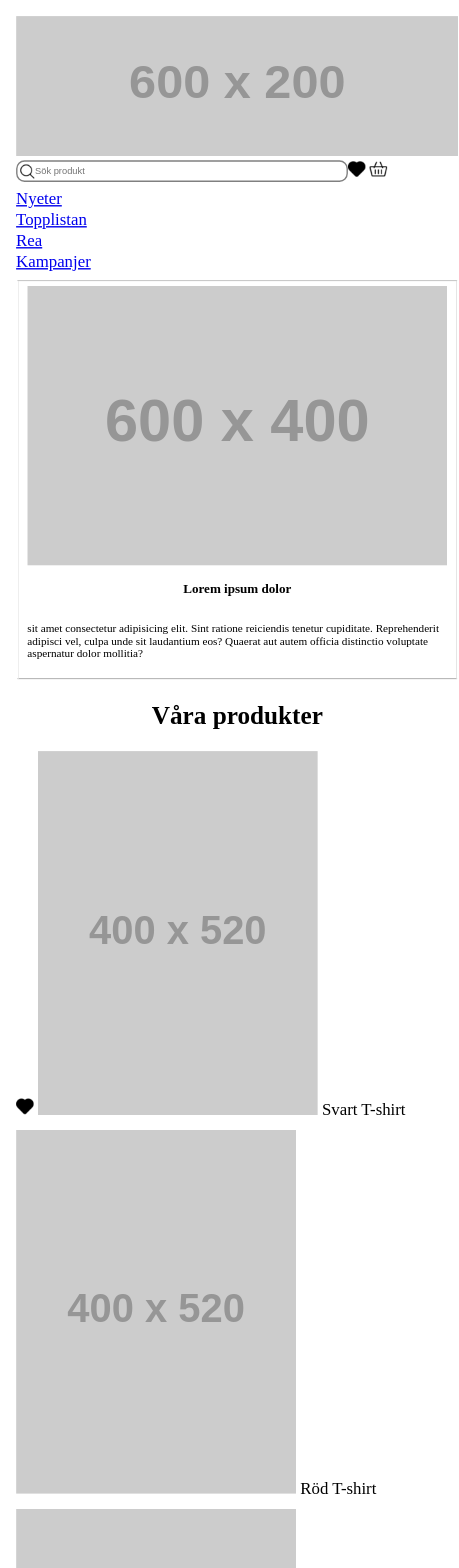
Repository: Kalle1995/project
Page: index.html
An editor plug-in stored every save of this project. The page is shown before and after the next save, followed by the edit.
The browser window is 600 px wide. The page is 655 px wide, so the pictures cover 655 px, including what lies to the right of the window. The pictures show the part of the page from y = 0 to 2240 px (the page is 5463 px tall before and 5493 px after), at 70% of full size.

Above is the page before, as saved 2024-10-05 20:43:13.

### index.html
<!DOCTYPE html>
<html lang="sv">

<head>
  <meta charset="UTF-8" />
  <meta name="viewport" content="width=device-width, initial-scale=1.0" />
  <title>Freaky Fashion</title>

  <link rel="stylesheet" href="main.css" />
</head>

<body>
  <header>
    <section>
      <div class="wholeHead">
        <img src="https://placehold.co/600x200 " width="600" height="200" alt="icon" class="icon" />

        <div class="searchAndIcons">
          <input type="search" placeholder="Sök produkt" class="search">
          <div class="headIcons">
            <a href="#"><img src="bilder/full heart.png" alt="favourite"></a>
            <a href="#"><img src="bilder/cart.png" alt="cart"></a>
          </div>
        </div>
      </div>
      <!--
        jag behöver fixa att man kan sriva och iconen förvinner
        -->

      <!--
        om, jag har div för input typ så den ta hela raden
            -->


      <div>
        <nav class="NavList">
          <ul>
            <li class="nav-list-item"><a href="#">Nyeter</a></li>
            <li class="nav-list-item hide-on-mobile"><a href="#">Kategoroer</a></li>
            <li class="nav-list-item"><a href="#">Topplistan</a></li>
            <li class="nav-list-item"><a href="#">Rea</a></li>
            <li class="nav-list-item"><a href="#">Kampanjer</a></li>
          </ul>
        </nav>
      </div>
      <!--
            <dl> och <dt> använda man i detta falet
                -->

    </section>

  </header>

  <main>
    <section class="mid">
      <article>
        <fieldset>
          <img src="https://placehold.co/600x400" alt="" class="loremPic">
          <p>
          <h1> Lorem ipsum dolor</h1>
          <br>sit amet consectetur adipisicing elit. Sint ratione reiciendis tenetur cupiditate. Reprehenderit adipisci
          vel, culpa unde sit laudantium eos? Quaerat aut autem officia distinctio voluptate aspernatur dolor mollitia?
          </p>
        </fieldset>
      </article>
    </section>
    <section class="products">
      <h1>Våra produkter</h1>
      <div class="container">
        <!-- grid container -->

        <div>
          <img src="bilder/full heart.png" alt="">
          <img src="https://placehold.co/400x520/png?text=Black+T-shirt" alt="Svart T-shirt" />
          Svart T-shirt
        </div>

        <div>
          <img src="https://placehold.co/400x520/png?text=Red+T-shirt" alt="" />
          Röd T-shirt
        </div>

        <div>
          <img src="https://placehold.co/400x520/png?text=Green+T-shirt" alt="" />
          Grön T-shirt
        </div>

        <div>
          <img src="https://placehold.co/400x520/png?text=Gul+T-shirt" alt="" />
          Gul T-shirt

        </div>

        <div>
          <img src="https://placehold.co/400x520/png?text=Red+T-shirt" alt="">
          Röd T-shirt
        </div>

        <div>
          <img src="https://placehold.co/400x520/png?text=Red+T-shirt" alt="">
          Röd T-shirt
        </div>

        <div>
          <img src="https://placehold.co/400x520/png?text=Red+T-shirt" alt="">
          Röd T-shirt
        </div>

        <div>
          <img src="https://placehold.co/400x520/png?text=Red+T-shirt" alt="">
          Röd T-shirt
        </div>

      </div>


    </section>

  </main>
  <br>

  <footer>
    <div class="Company">&copy; Freaky Fashion</div>
  </footer>
</body>

</html>

### main.css


body {
    padding: 15px;
    font-size: 2em;
    display: grid;

}


h1 {
    text-align: center;

}

.products > div {
    display: grid;
    gap: 15px;

}

ul {
    list-style-type: none;
    margin: 0;
    padding: 0;

  }
.search {
  border: 2px solid gray;
  border-radius: 12px;
  padding: 5px;
  display: inline;
  background-image: url(bilder/search.png);
  background-repeat: no-repeat;
  background-position: 4px;
  padding-left: 25px;

}

.NavList {
    display: block;
    padding-bottom: 10px;
    padding-top: 10px;

}
.container {
    position: relative;

}




 @media (max-width:640px){
    .mid {
        position: relative;
        display: block;
        font-size: medium;
    }


    .hide-on-mobile {
        display: none;
    }
    li {
        margin-bottom: 3px;
    }

   /* .icon {
        -ms-flex: 100%;
        felx: 100%;
        max-width: 100%;;
    }
        */

    .search{
        width: 75%;

    }
    .icon {
        width: 100%;
    }
    .searchAndIcons {
        display: flex;
    }
    .container {
        position: relative;
        left: auto;
        right: auto;
    }


}


@media (min-width: 640px) {
    .products > div {
        grid-template-columns: repeat(2, 1fr);
        .headicons {
            padding-left: 95%;
        }
    }

    .wholeHead {
        display: inline;
    }

    .mid {
        position: relative;
        display: block;
        font-size: large;
    }




}
    body {
        font-size: 1.5em;
            }


 @media (min-width: 1024px) {
        .products > div {
            grid-template-columns: repeat(4, 1fr);
        }

        body {
            font-size: 1em;
        }
        .listan {
            display: flex;
        }
        li {
            display: inline;
            margin-right: 5px;
        }




      }





/*
    @media (max-width:1024px) {
        .ejnav {
            display: none;
        }

      }
*/



      /*
      @media print {
        body {
            font-size: 4em;
        }
        img {
            display: none;
        }
      }
*/



/*
här för Nyproduckt sidan
*/


header > h3 {
    position: absolute;
    left: 10px;
    bottom: auto;
}

.vänster {
    display: grid;
    grid-template-rows: 100%;
    background-color: gray;
}


.liggTill {
    hero-text button:hover
}


/*
kassa sidan
*/

.kassa {
    text-align: center;

}






.buy > button{
    display: grid;
    align-items: center;
    width: 80px;
    height: 30px;
    background-color: rgb(255, 255, 255);
    margin-left: 50% ;
    font-weight: bold;
    border-radius: 10px;

}


.no-space {
    margin: 0;
    padding: 0;
    border: none;
    border-top: 1px solid black; /* Valfri färg eller stil på linjen */
}


.omOss {
    padding: 15px;
    background-color: rgb(207, 206, 206)
}

.list-container {
    display: inline-flex;
    justify-content: space-between; /* Ser till att listorna sprids ut jämnt */
    gap: 150px; /* Mellanrum mellan listorna */
}

.list {
    flex: 1; /* Gör att listorna tar upp lika mycket plats */
    padding-left: 15px;
}

.list h3 {
    margin-bottom: 20px;
}

.list li {
    list-style-type: none; /* ingen punkter i listan */
    padding: 0;
}

.list li ul {
    margin-bottom: 10px;
}




/*
Administration
*/

.AD {
  width: 115%;
  padding-left: 15px;
  margin-left: -25px;
  margin-top: -25px;
  float: left;
  font-style: normal;
  background-color: rgb(0, 0, 0);
  position: relative;
  display: flex;
  color: white;
}
.PR {
    background-color: rgb(209, 209, 208);
    height: auto;
    margin-left: -25px;
    padding-left: 20px;
    margin-right: auto;
    padding-right: 70px;
    padding-top: 15px;
    font-weight: bold;
    position: relative;
  }
  .AR{
    position: relative;;
    left: 200px;
    top: -40px;

  }













/*

.Company{
    text-align: center;
    bottom: auto;
}

After the next save:
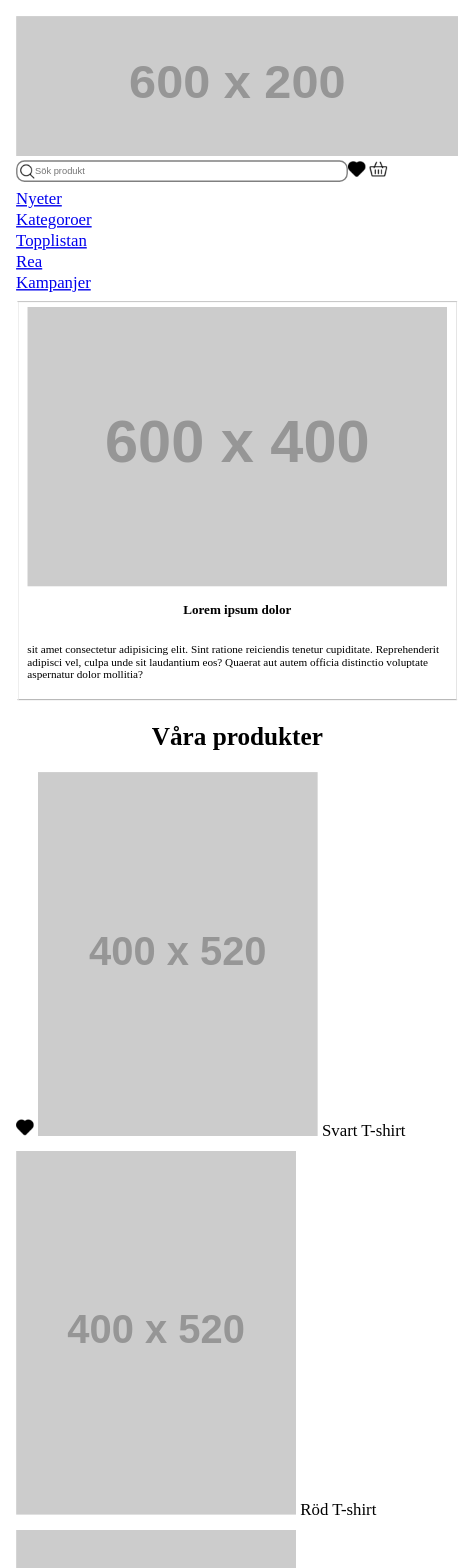
Saved 12 s later.
--- a/main.css
+++ b/main.css
@@ -59,9 +59,6 @@
     }
 
 
-    .hide-on-mobile {
-        display: none;
-    }
     li {
         margin-bottom: 3px;
     }

After the save that followed:
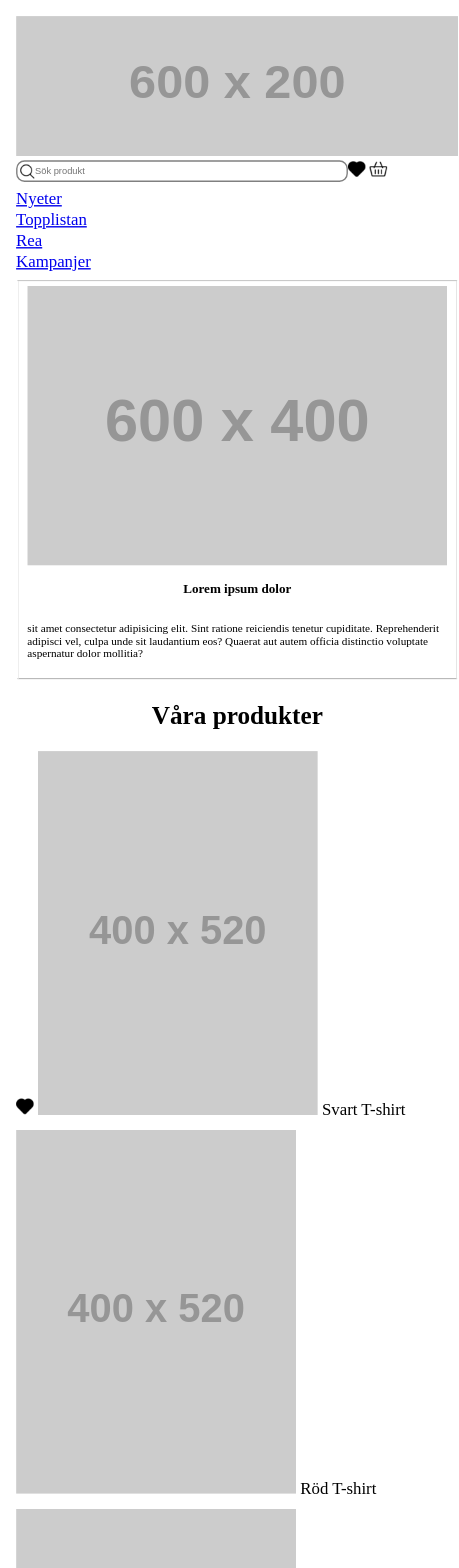
Saved 4 s later.
--- a/main.css
+++ b/main.css
@@ -58,6 +58,9 @@
         font-size: medium;
     }
 
+    .hide-on-mobile {
+        display: none;
+    }
 
     li {
         margin-bottom: 3px;
